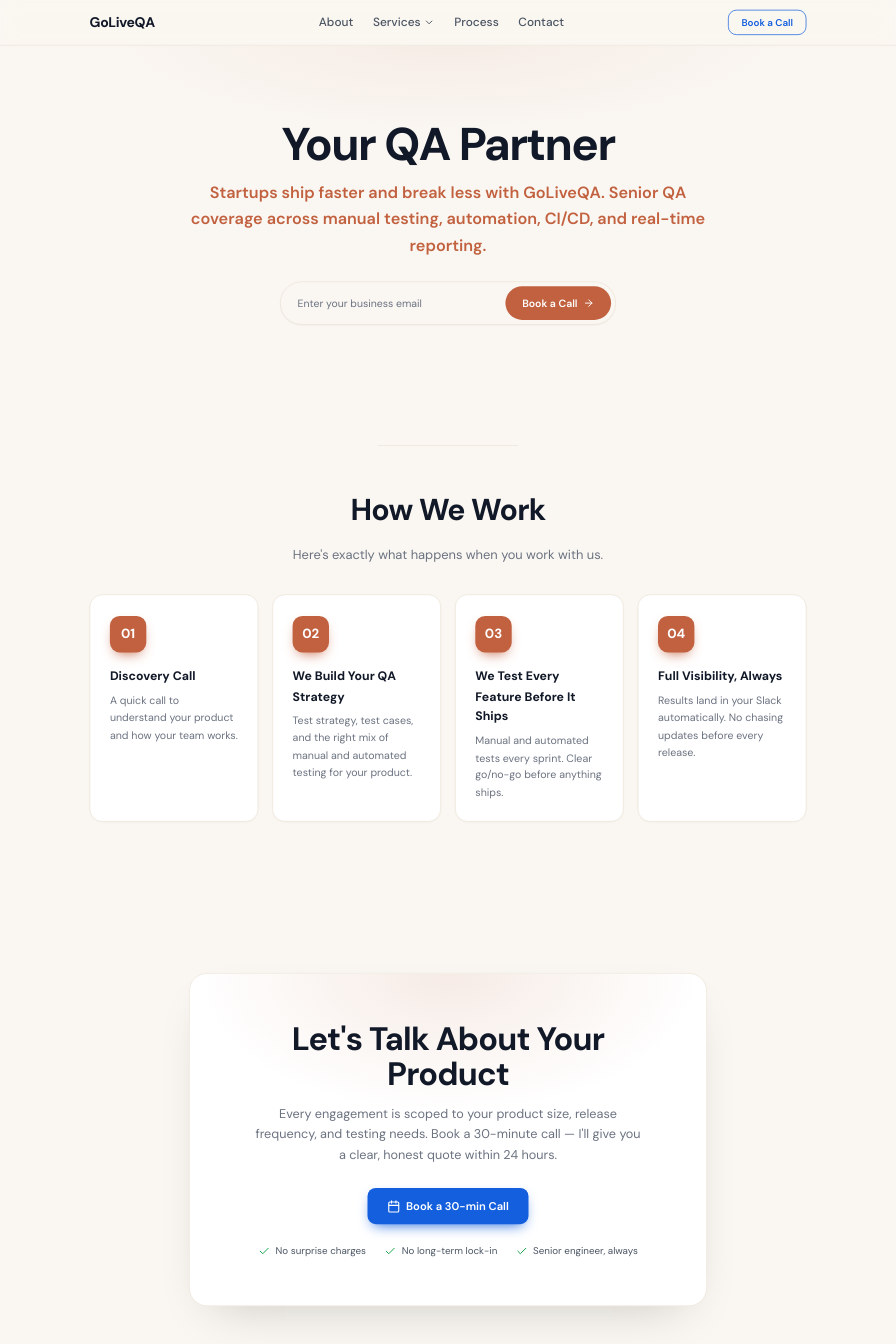
Repository: Monika281992/GoLiveQA
Page: /
The author's editor kept a copy of each file at every save. The page is drawn from the files as they stood at one save, then again after the next save.
The browser window is 1280 px wide. The pictures show the part of the page from y = 0 to 1920 px (the page is 2943 px tall before and 2944 px after), at 70% of full size.
The project was rebuilt for these pictures with package versions that can differ from the ones it lists, and the page was loaded fresh each time. The framework's server and built-in components were replaced by stand-ins that run in the browser. Also part of the build but not shown: next.config.mjs.

Above is the page before, as saved 2026-06-27 21:37:02.

### app/layout.tsx
import type { Metadata } from "next";
import { DM_Sans, Kaushan_Script } from "next/font/google";
import "./globals.css";

const dmSans = DM_Sans({
  subsets: ["latin"],
  weight: ["300", "400", "500", "600", "700"],
  variable: "--font-sans",
  display: "swap",
});

const kaushan = Kaushan_Script({
  subsets: ["latin"],
  weight: "400",
  variable: "--font-script",
  display: "swap",
});

export const metadata: Metadata = {
  title: "GoLiveQA",
  description:
    "Senior QA engineer with 9 years of hands-on experience testing Healthcare, SaaS, AI & Real Estate products at startups across India and US. Playwright, Cypress, Postman. Available remotely.",
};

export default function RootLayout({
  children,
}: {
  children: React.ReactNode;
}) {
  return (
    <html lang="en" className={`${dmSans.variable} ${kaushan.variable}`}>
      <body className="font-sans leading-relaxed">{children}</body>
    </html>
  );
}

### app/page.tsx
import { Navbar } from "@/components/navbar";
import { Hero } from "@/components/hero";
import { Process } from "@/components/process";
import { Pricing } from "@/components/pricing";
import { Contact } from "@/components/contact";
import { Footer } from "@/components/footer";

export default function Home() {
  return (
    <div className="min-h-screen bg-surface">
      <Navbar />
      <main>
        <Hero />
        <Process />
        <Pricing />
        <Contact />
      </main>
      <Footer />
    </div>
  );
}

### app/globals.css
@tailwind base;
@tailwind components;
@tailwind utilities;

html {
  scroll-behavior: smooth;
}

body {
  background-color: #faf7f2;
  color: #4b5563;
  -webkit-font-smoothing: antialiased;
}

### components/hero.tsx
"use client";

import { useState } from "react";
import { useRouter } from "next/navigation";
import { ArrowRight } from "lucide-react";

export function Hero() {
  const router = useRouter();
  const [email, setEmail] = useState("");
  const [error, setError] = useState("");
  const [status, setStatus] = useState("idle");

  async function handleBook() {
    const trimmed = email.trim();
    if (!trimmed) {
      setError("Please enter your email address.");
      return;
    }
    const valid = /^[^\s@]+@[^\s@]+\.[^\s@]+$/.test(trimmed);
    if (!valid) {
      setError("Please enter a valid email address.");
      return;
    }
    setError("");
    setStatus("loading");
    try {
      await fetch("/api/book", {
        method: "POST",
        headers: { "Content-Type": "application/json" },
        body: JSON.stringify({ email: trimmed }),
      });
    } catch {
      // proceed to form regardless
    }
    router.push(`/book-a-call?email=${encodeURIComponent(trimmed)}`);
  }

  return (
    <section id="top" className="relative overflow-hidden">
      <div className="pointer-events-none absolute inset-0 bg-[radial-gradient(58%_46%_at_50%_-4%,#f6ebe5,transparent_72%)]" />
      <div className="relative mx-auto max-w-[840px] px-5 pb-12 pt-16 text-center sm:px-8 md:pb-16 md:pt-24 lg:px-12 lg:pt-[108px]">
        <h1 className="text-[clamp(2.5rem,7vw,4.1rem)] font-bold leading-[1.03] tracking-[-0.035em] text-ink">
          Your QA Partner
        </h1>
        <p className="mt-4 text-[clamp(1.1rem,2.5vw,1.45rem)] font-semibold text-accent">
          Startups ship faster and break less with GoLiveQA. Senior QA coverage across manual testing, automation, CI/CD, and real-time reporting.
        </p>
        <div className="mt-8 mx-auto max-w-[480px]">
          <div className={`flex items-center overflow-hidden rounded-full border bg-surface shadow-sm transition-colors ${error ? "border-red-400" : "border-hairline"}`}>
            <input
              type="email"
              value={email}
              onChange={(e) => { setEmail(e.target.value); if (error) setError(""); }}
              placeholder="Enter your business email"
              className="flex-1 bg-transparent px-6 py-3.5 text-[15px] text-body outline-none placeholder:text-muted"
            />
            <button
              type="button"
              onClick={handleBook}
              disabled={status === "loading"}
              className="m-1.5 flex items-center gap-2 rounded-full bg-accent px-6 py-3 text-[15px] font-semibold text-white disabled:opacity-70"
            >
              {status === "loading" ? "Loading…" : "Book a Call"}
              {status !== "loading" && <ArrowRight className="h-[16px] w-[16px]" />}
            </button>
          </div>
          {error && (
            <p className="mt-2 text-[13px] text-red-500">{error}</p>
          )}
        </div>
      </div>
    </section>
  );
}

### components/process.tsx
import { Card } from "@/components/ui/card";

const steps = [
  {
    n: "01",
    title: "Discovery Call",
    desc: "A quick call to understand your product and how your team works.",
  },
  {
    n: "02",
    title: "We Build Your QA Strategy",
    desc: "Test strategy, test cases, and the right mix of manual and automated testing for your product.",
  },
  {
    n: "03",
    title: "We Test Every Feature Before It Ships",
    desc: "Manual and automated tests every sprint. Clear go/no-go before anything ships.",
  },
  {
    n: "04",
    title: "Full Visibility, Always",
    desc: "Results land in your Slack automatically. No chasing updates before every release.",
  },
];

export function Process() {
  return (
    <section
      id="process"
      className="bg-surface py-16 md:py-24 lg:py-[108px]"
    >
      <div className="mx-auto max-w-container px-5 sm:px-8 lg:px-12">
        <div className="mx-auto mb-14 max-w-[200px]">
          <div className="h-px w-full bg-hairline" />
        </div>
        <div className="mx-auto max-w-[660px] text-center">
          <h2 className="text-[clamp(2rem,4.4vw,2.7rem)] font-bold tracking-[-0.025em] text-ink">
            How We Work
          </h2>
          <p className="mt-4 text-[clamp(1rem,1.7vw,1.15rem)] leading-relaxed text-muted">
            Here&apos;s exactly what happens when you work with us.
          </p>
        </div>
        <div className="mt-10 grid grid-cols-1 gap-5 sm:grid-cols-2 lg:grid-cols-4">
          {steps.map((s) => (
            <Card
              key={s.n}
              className="rounded-[18px] p-7 pt-[30px] transition-all hover:-translate-y-1 hover:shadow-lift"
            >
              <div className="mb-5 flex h-[52px] w-[52px] items-center justify-center rounded-[14px] bg-accent text-[19px] font-bold text-white shadow-[0_8px_18px_-8px_#c2613f]">
                {s.n}
              </div>
              <h3 className="mb-2 text-[1.1rem] font-bold text-ink">{s.title}</h3>
              <p className="text-[0.95rem] leading-relaxed text-muted">{s.desc}</p>
            </Card>
          ))}
        </div>
      </div>
    </section>
  );
}

### components/pricing.tsx
import { Calendar, Check } from "lucide-react";
import { Button } from "@/components/ui/button";

const guarantees = [
  "No surprise charges",
  "No long-term lock-in",
  "Senior engineer, always",
];

export function Pricing() {
  return (
    <section id="pricing" className="py-16 md:py-24 lg:py-[108px]">
      <div className="mx-auto max-w-container px-5 sm:px-8 lg:px-12">
        <div className="relative mx-auto max-w-[740px] overflow-hidden rounded-[26px] border border-hairline bg-white px-6 py-10 text-center shadow-cta sm:px-14 md:py-[68px]">
          <div className="pointer-events-none absolute inset-0 bg-[radial-gradient(70%_60%_at_50%_0%,#f6ebe5,transparent_70%)]" />
          <div className="relative">
            <h2 className="text-[clamp(2rem,4.6vw,2.9rem)] font-bold leading-[1.08] tracking-[-0.025em] text-ink">
              Let&apos;s Talk About Your Product
            </h2>
            <p className="mx-auto mt-[18px] max-w-[560px] text-[clamp(1rem,1.7vw,1.13rem)] leading-relaxed text-muted">
              Every engagement is scoped to your product size, release frequency, and
              testing needs. Book a 30-minute call — I&apos;ll give you a clear, honest
              quote within 24 hours.
            </p>
            <div className="mt-8">
              <Button asChild size="lg">
                <a href="#contact">
                  <Calendar className="h-[19px] w-[19px]" />
                  Book a 30-min Call
                </a>
              </Button>
            </div>
            <div className="mt-7 flex flex-wrap justify-center gap-x-[26px] gap-y-3 text-sm text-body">
              {guarantees.map((g) => (
                <span key={g} className="inline-flex items-center gap-2">
                  <Check className="h-[17px] w-[17px] text-green-600" />
                  {g}
                </span>
              ))}
            </div>
          </div>
        </div>
      </div>
    </section>
  );
}

### components/footer.tsx
const links = [
  { label: "About", href: "#about" },
  { label: "How Can I Help", href: "#services" },
  { label: "Process", href: "#process" },
  { label: "Contact", href: "#contact" },
];

export function Footer() {
  return (
    <footer className="border-t border-hairline bg-white py-8">
      <div className="mx-auto flex max-w-container flex-wrap items-center justify-between gap-x-7 gap-y-4 px-5 sm:px-8 lg:px-12">
        <a href="#top" className="text-lg font-bold tracking-tight text-brand">
          GoLiveQA
        </a>
        <div className="flex flex-wrap gap-6">
          {links.map((l) => (
            <a
              key={l.href}
              href={l.href}
              className="text-sm text-muted transition-colors hover:text-ink"
            >
              {l.label}
            </a>
          ))}
        </div>
        <p className="text-[13.5px] text-faint">
          © 2026 GoLiveQA. All rights reserved. A boutique QA consultancy.
        </p>
      </div>
    </footer>
  );
}

### components/ui/button.tsx
import * as React from "react";
import { Slot } from "@radix-ui/react-slot";
import { cva, type VariantProps } from "class-variance-authority";
import { cn } from "@/lib/utils";

const buttonVariants = cva(
  "inline-flex items-center justify-center gap-2 whitespace-nowrap rounded-xl font-semibold transition-all focus-visible:outline-none focus-visible:ring-2 focus-visible:ring-brand/40 focus-visible:ring-offset-2 disabled:pointer-events-none disabled:opacity-50",
  {
    variants: {
      variant: {
        default:
          "bg-brand text-white shadow-brand hover:bg-brand-dark hover:-translate-y-0.5",
        outline:
          "border-[1.5px] border-brand text-brand hover:bg-brand hover:text-white",
        ghost: "text-brand hover:bg-brand/5",
      },
      size: {
        default: "h-11 px-6 text-[15px]",
        lg: "h-[52px] px-7 text-base",
        sm: "h-9 px-[18px] text-sm",
      },
    },
    defaultVariants: {
      variant: "default",
      size: "default",
    },
  }
);

export interface ButtonProps
  extends React.ButtonHTMLAttributes<HTMLButtonElement>,
    VariantProps<typeof buttonVariants> {
  asChild?: boolean;
}

const Button = React.forwardRef<HTMLButtonElement, ButtonProps>(
  ({ className, variant, size, asChild = false, ...props }, ref) => {
    const Comp = asChild ? Slot : "button";
    return (
      <Comp
        className={cn(buttonVariants({ variant, size, className }))}
        ref={ref}
        {...props}
      />
    );
  }
);
Button.displayName = "Button";

export { Button, buttonVariants };

### components/ui/card.tsx
import * as React from "react";
import { cn } from "@/lib/utils";

const Card = React.forwardRef<
  HTMLDivElement,
  React.HTMLAttributes<HTMLDivElement>
>(({ className, ...props }, ref) => (
  <div
    ref={ref}
    className={cn(
      "rounded-2xl border border-hairline bg-white shadow-card",
      className
    )}
    {...props}
  />
));
Card.displayName = "Card";

const CardHeader = React.forwardRef<
  HTMLDivElement,
  React.HTMLAttributes<HTMLDivElement>
>(({ className, ...props }, ref) => (
  <div ref={ref} className={cn("flex flex-col space-y-1.5 p-7", className)} {...props} />
));
CardHeader.displayName = "CardHeader";

const CardTitle = React.forwardRef<
  HTMLDivElement,
  React.HTMLAttributes<HTMLHeadingElement>
>(({ className, ...props }, ref) => (
  <h3
    ref={ref}
    className={cn("text-lg font-bold leading-snug text-ink", className)}
    {...props}
  />
));
CardTitle.displayName = "CardTitle";

const CardContent = React.forwardRef<
  HTMLDivElement,
  React.HTMLAttributes<HTMLDivElement>
>(({ className, ...props }, ref) => (
  <div ref={ref} className={cn("p-7 pt-0", className)} {...props} />
));
CardContent.displayName = "CardContent";

export { Card, CardHeader, CardTitle, CardContent };

### components/icons.tsx
// Inline brand glyphs not reliably present in current lucide-react builds.
export function LinkedInIcon({ className }: { className?: string }) {
  return (
    <svg viewBox="0 0 24 24" fill="currentColor" className={className} aria-hidden="true">
      <path d="M4.98 3.5C4.98 4.88 3.87 6 2.5 6S0 4.88 0 3.5 1.12 1 2.5 1 4.98 2.12 4.98 3.5zM.25 8h4.5v15H.25V8zm7.5 0h4.31v2.05h.06c.6-1.07 2.07-2.2 4.26-2.2 4.56 0 5.4 2.85 5.4 6.56V23h-4.5v-6.2c0-1.48-.03-3.38-2.06-3.38-2.07 0-2.39 1.6-2.39 3.27V23h-4.5V8z" />
    </svg>
  );
}

### tailwind.config.ts
import type { Config } from "tailwindcss";

const config: Config = {
  content: [
    "./app/**/*.{ts,tsx}",
    "./components/**/*.{ts,tsx}",
  ],
  theme: {
    extend: {
      colors: {
        // Brand action color (blue) — CTAs, links
        brand: { DEFAULT: "#145fdd", dark: "#0d46b8" },
        // Warm personal accent (terracotta) — eyebrows, badges, signature
        accent: { DEFAULT: "#c2613f", soft: "#f6ebe5" },
        // Warm surfaces
        surface: { DEFAULT: "#faf7f2", soft: "#f4ede2" },
        hairline: "#ece4d7",
        // Text
        ink: "#111827",
        body: "#4b5563",
        muted: "#6b7280",
        faint: "#9ca3af",
      },
      fontFamily: {
        sans: ["var(--font-sans)", "system-ui", "sans-serif"],
        script: ["var(--font-script)", "cursive"],
      },
      maxWidth: {
        container: "1120px",
      },
      boxShadow: {
        card: "0 1px 3px rgba(0,0,0,0.03)",
        lift: "0 20px 40px -18px rgba(0,0,0,0.16)",
        brand: "0 8px 20px -8px rgba(20,95,221,0.5)",
        photo: "0 18px 44px -22px rgba(0,0,0,0.28)",
        cta: "0 28px 70px -34px rgba(0,0,0,0.22)",
      },
    },
  },
  plugins: [],
};

export default config;

Loaded but not shown: lib/utils.ts (common file); components/navbar.tsx (185 lines, source omitted); components/contact.tsx (242 lines, source omitted)

After the next save:
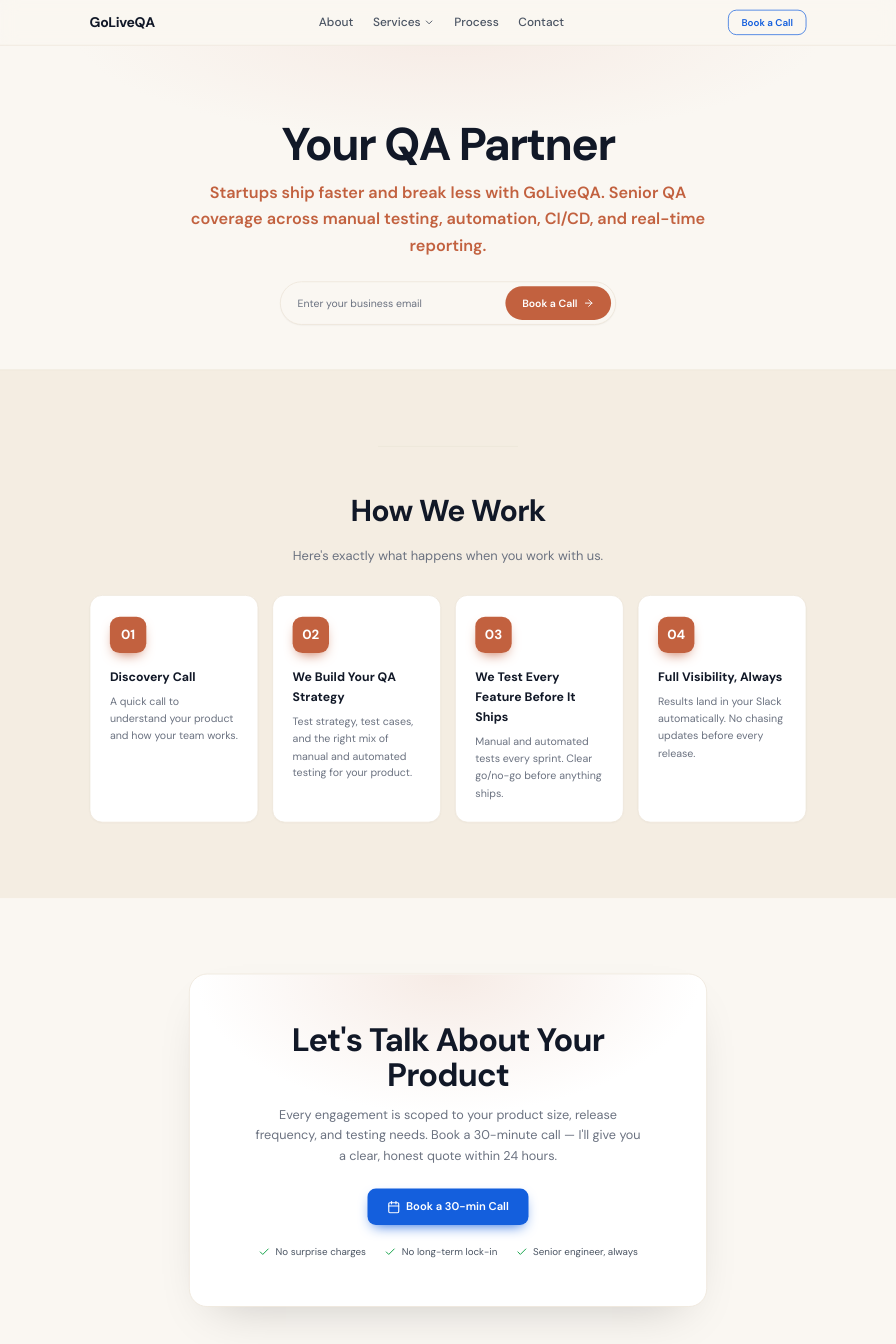
Saved 104 s later.
--- a/components/process.tsx
+++ b/components/process.tsx
@@ -27,7 +27,7 @@ export function Process() {
   return (
     <section
       id="process"
-      className="bg-surface py-16 md:py-24 lg:py-[108px]"
+      className="border-t border-hairline bg-surface-soft py-16 md:py-24 lg:py-[108px]"
     >
       <div className="mx-auto max-w-container px-5 sm:px-8 lg:px-12">
         <div className="mx-auto mb-14 max-w-[200px]">
